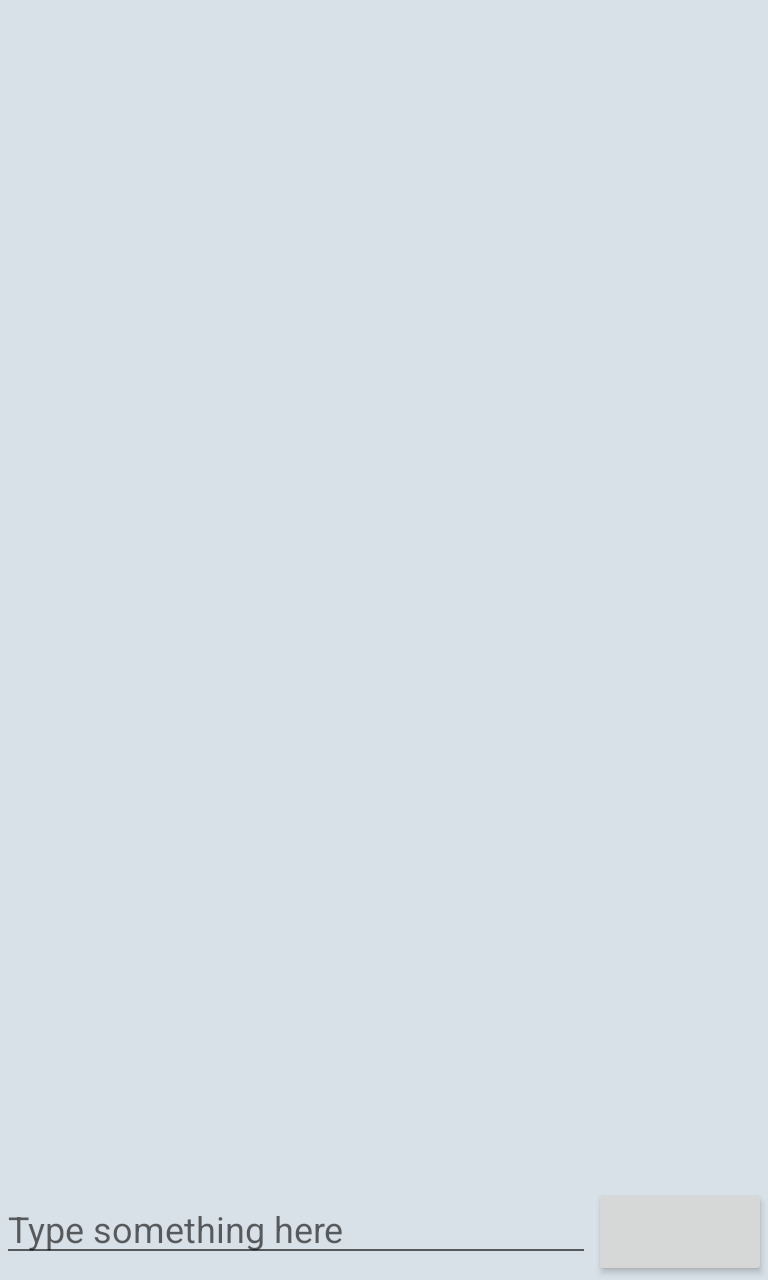
Repository: hohoTT/Android_summarize
Layout: UIBestPractice/res/layout/activity_main.xml
The author's editor kept a copy of each file at every save. The layout is drawn from the files as they stood at one save, then again after the next save.
It is drawn on a 768 x 1280 px phone screen (xhdpi) without system bars, with theme AppTheme; the app's code is not run. Lists and similar views that code fills are empty.

Above is the layout before, as saved 2016-02-24 11:22:31.

### UIBestPractice/res/layout/activity_main.xml
<LinearLayout xmlns:android="http://schemas.android.com/apk/res/android"
    android:layout_width="match_parent"
    android:layout_height="match_parent"
    android:background="#d8e0e8"
    android:orientation="vertical" >

    <ListView
        android:id="@+id/msg_list_view"
        android:layout_width="match_parent"
        android:layout_height="0dp"
        android:layout_weight="1"
        android:divider="#0000" >
    </ListView>

    <LinearLayout
        android:layout_width="match_parent"
        android:layout_height="wrap_content" >

        <EditText
           android:id="@+id/input_text"
           android:layout_width="0dp"
           android:layout_height="wrap_content"
           android:layout_weight="1"
           android:hint="Type something here" />

        <Button
            android:id="@+id/send"
            android:layout_width="wrap_content"
            android:layout_height="wrap_content"
             />

    </LinearLayout>

</LinearLayout>

Loaded but not shown: UIBestPractice/res/values/styles.xml (common file); UIBestPractice/res/values-v11/styles.xml (common file); UIBestPractice/res/values-v14/styles.xml (common file)

After the next save:
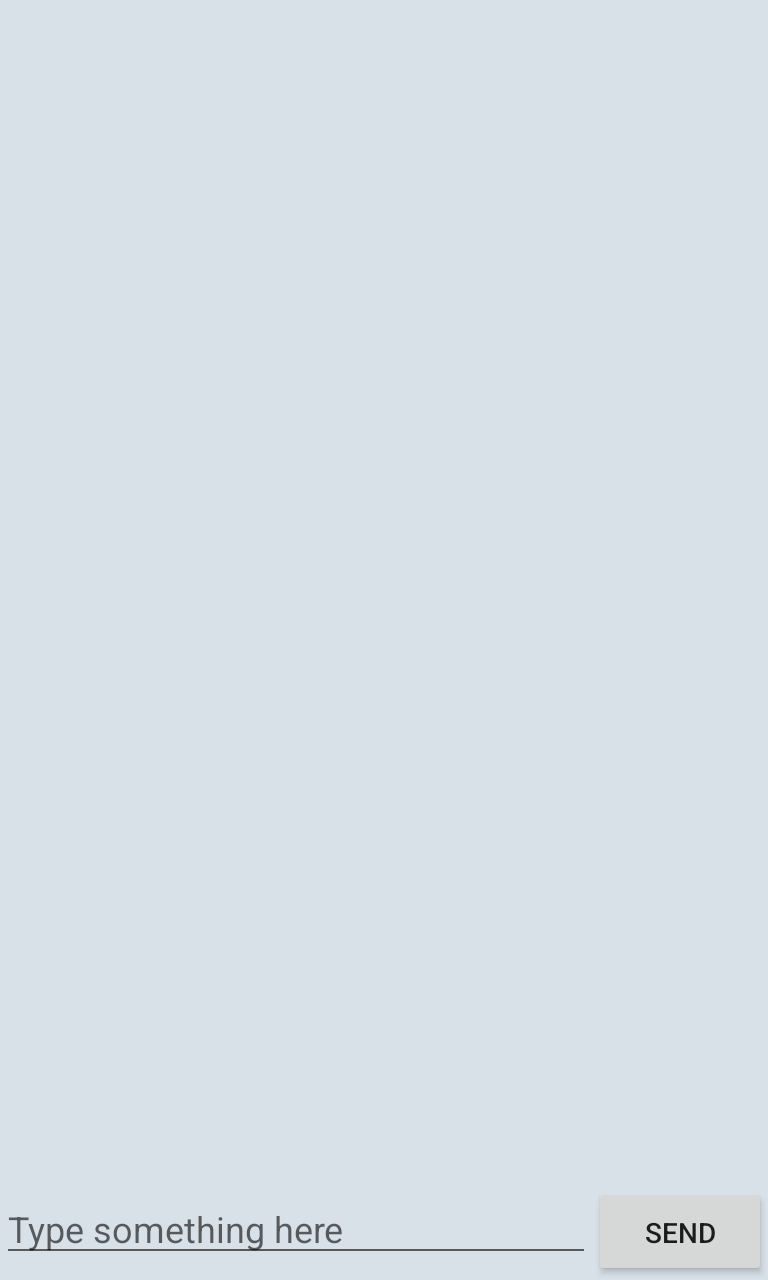
Saved 6 s later.
--- a/UIBestPractice/res/layout/activity_main.xml
+++ b/UIBestPractice/res/layout/activity_main.xml
@@ -27,7 +27,7 @@
             android:id="@+id/send"
             android:layout_width="wrap_content"
             android:layout_height="wrap_content"
-             />
+            android:text="SEND" />
 
     </LinearLayout>
 
